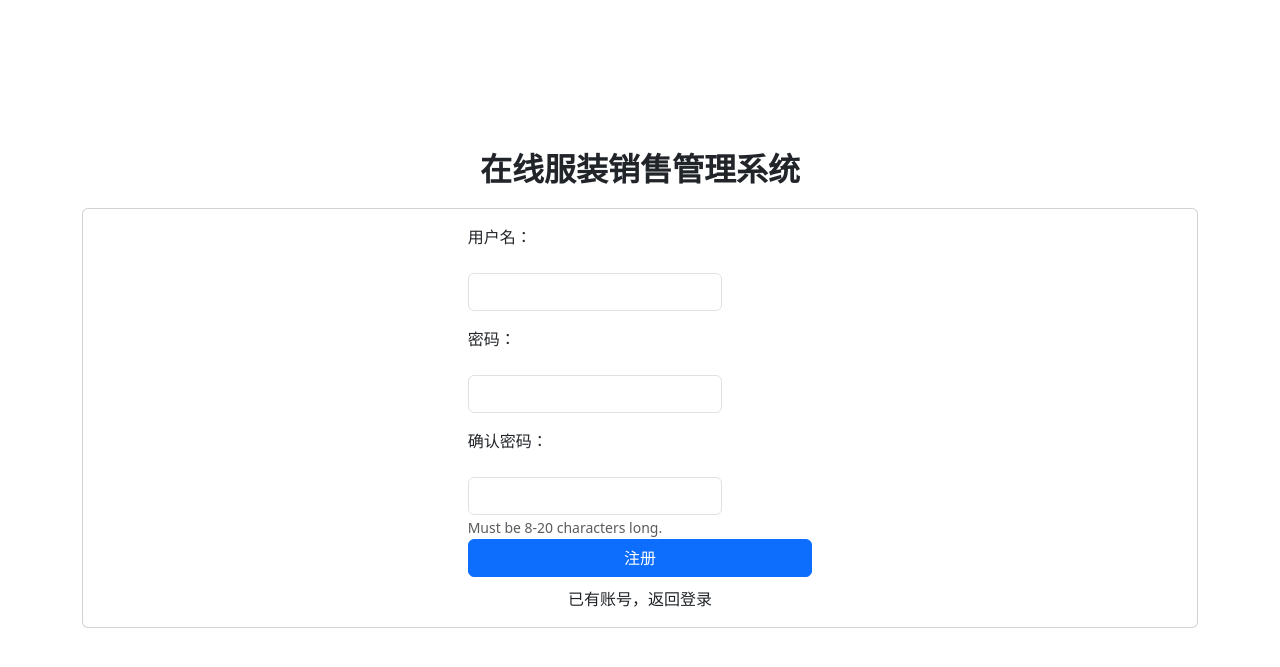
Repository: squawktop/CFS
Page: /user/register (app in web/)
An editor plug-in stored every save of this project. The page is shown before and after the next save, followed by the edit.
The browser window is 1280 px wide. The pictures show the whole page.
The project was rebuilt for these pictures with package versions that can differ from the ones it lists, and the page was loaded fresh each time. Also part of the build but not shown: web/vue.config.js, web/src/views/LoginView.vue, web/src/components/NavBar.vue, web/src/views/HomeView.vue, web/src/views/UsersManageView.vue, web/src/views/PersonalCenterView.vue, web/src/views/GoodsManageView.vue, web/src/views/OrdersManageView.vue and 1 more.

Above is the page before, as saved 2024-03-23 18:41:11.

After the next save:
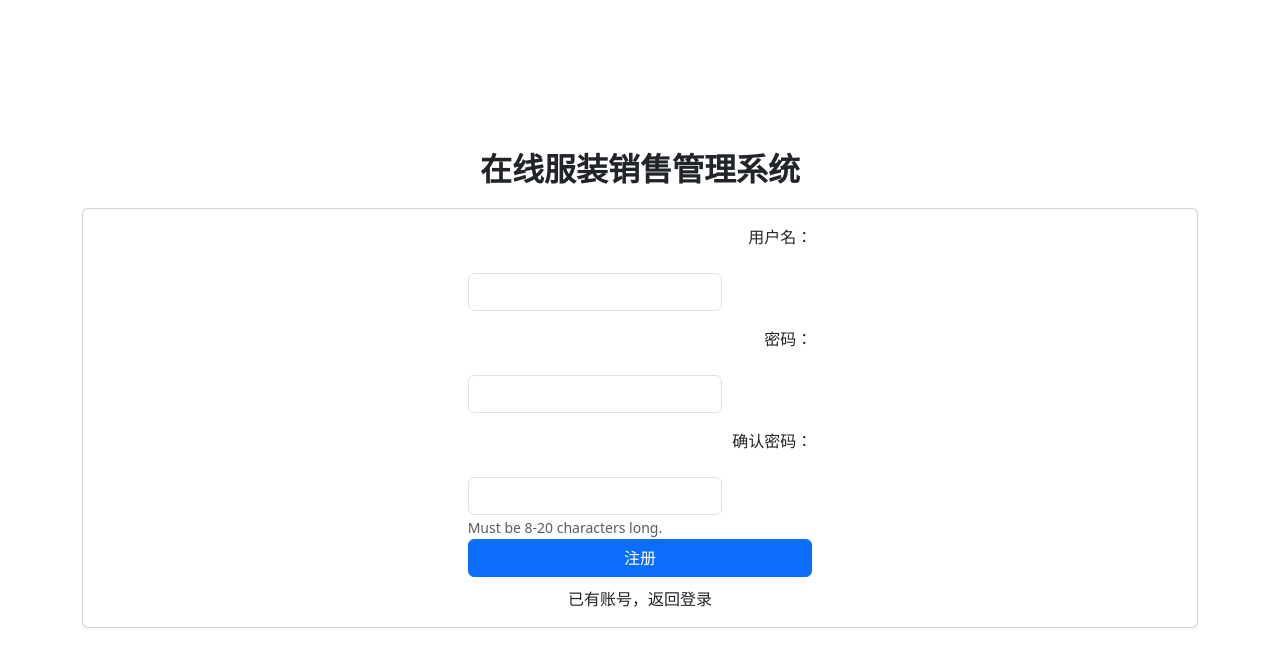
Saved 9 s later.
--- a/web/src/views/RegisterView.vue
+++ b/web/src/views/RegisterView.vue
@@ -143,4 +143,11 @@
 .tip:hover {
     text-decoration: underline;
 }
+
+/* CSS */
+.label-width {
+    display: inline-block; /* 确保label不会换行 */
+    min-width: 100px; /* 设置最小宽度，可以根据需要调整 */
+    text-align: right; /* 如果你希望文字右对齐，可以添加这个属性 */
+}
 </style>

After the save that followed:
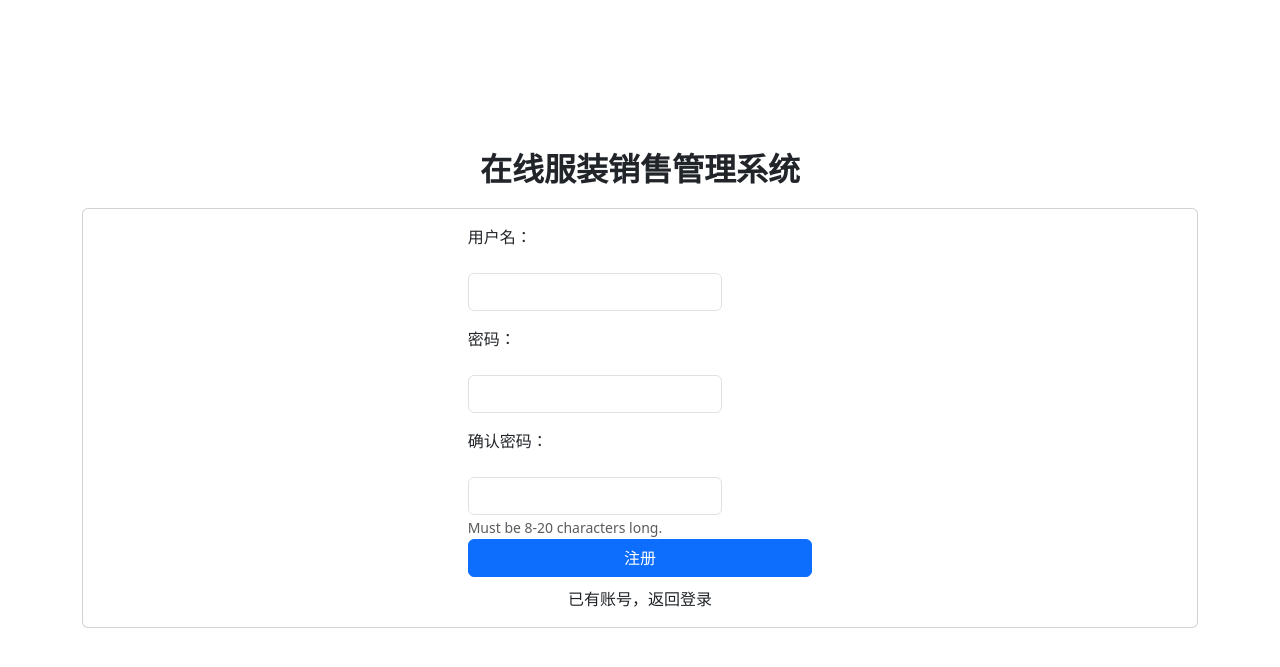
Saved 13 s later.
--- a/web/src/views/RegisterView.vue
+++ b/web/src/views/RegisterView.vue
@@ -148,6 +148,5 @@
 .label-width {
     display: inline-block; /* 确保label不会换行 */
     min-width: 100px; /* 设置最小宽度，可以根据需要调整 */
-    text-align: right; /* 如果你希望文字右对齐，可以添加这个属性 */
 }
 </style>
